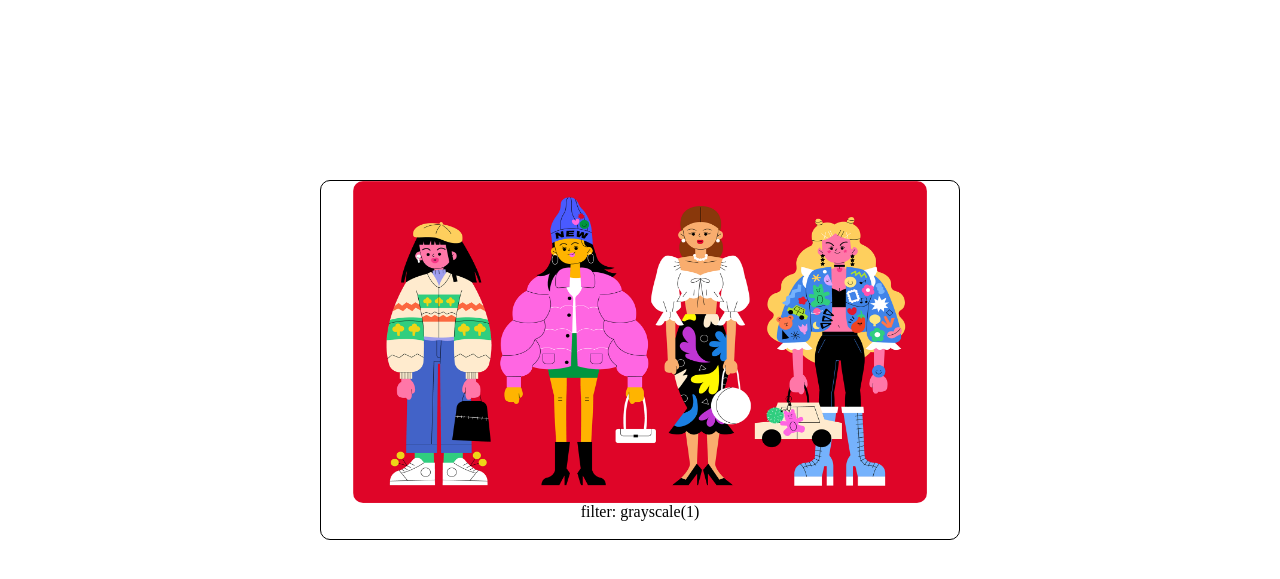
Repository: beva3/javaScrypt
Page: claire-dark/filter-grayscale.html
The author's editor kept a copy of each file at every save. The page is drawn from the files as they stood at one save, then again after the next save.
The browser window is 1280 px wide. The pictures show the whole page.
The pointer rests on the first visible `.img`.

Above is the page before, as saved 2024-05-10 13:13:56.

After the next save:
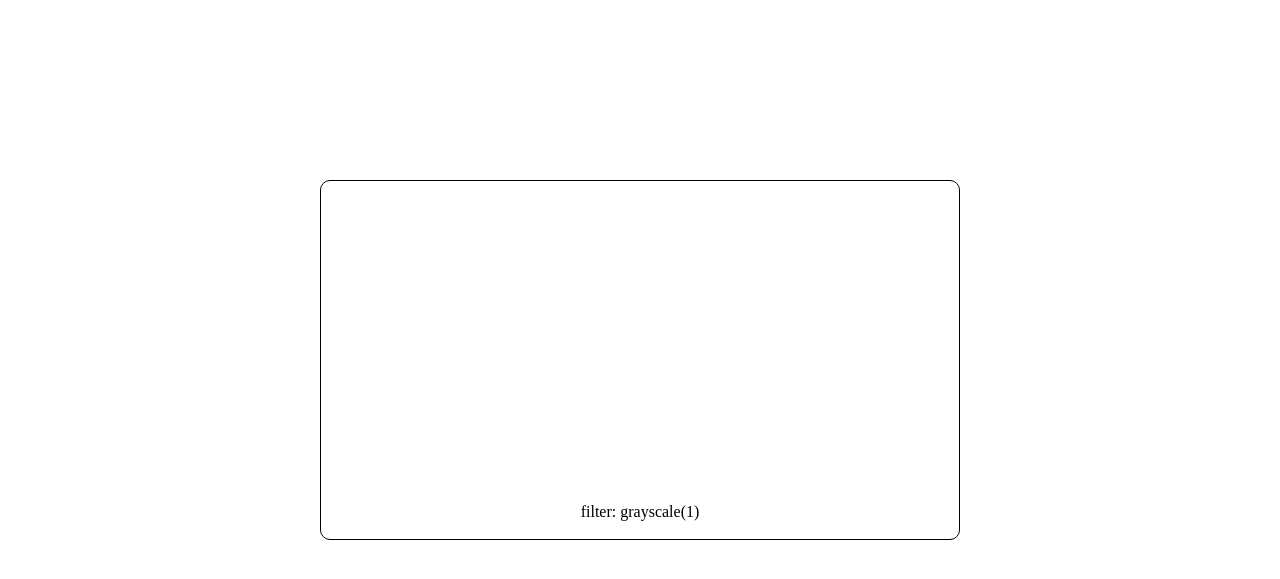
Saved 24 s later.
--- a/claire-dark/filter-grayscale.html
+++ b/claire-dark/filter-grayscale.html
@@ -37,6 +37,7 @@
             .img:hover{
                 img{
                     filter: grayscale(0);
+                    visibility: hidden;
                 }
             }
         }

After the 2 saves that followed:
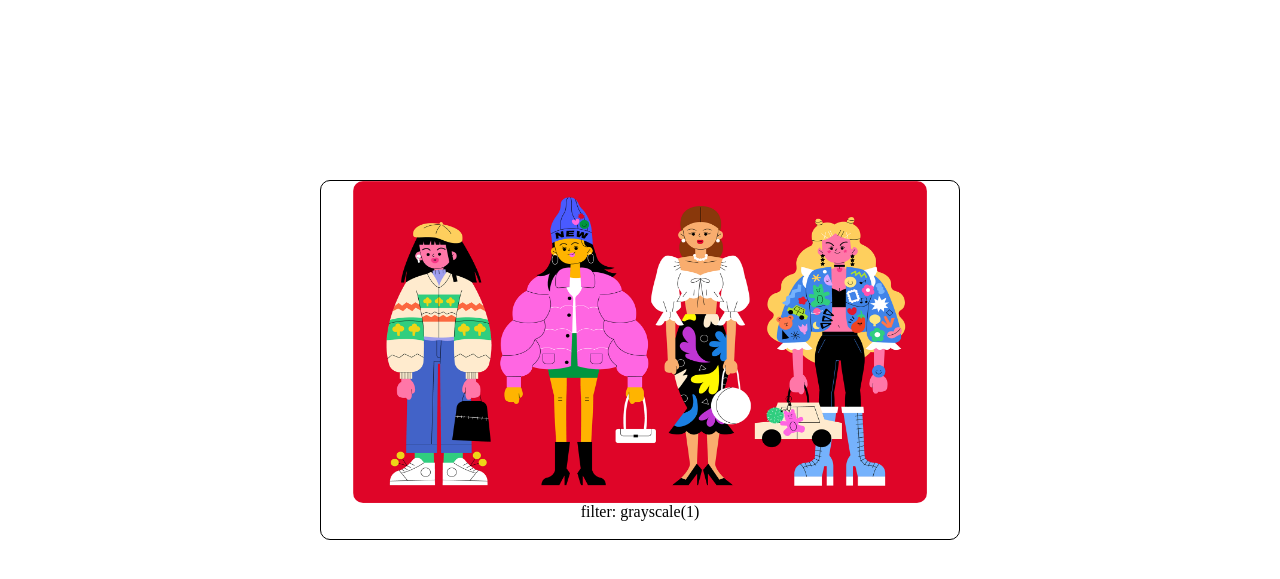
The 2 saves are shown as one change because they came seconds apart.
The last was saved 11 s later.
--- a/claire-dark/filter-grayscale.html
+++ b/claire-dark/filter-grayscale.html
@@ -37,7 +37,7 @@
             .img:hover{
                 img{
                     filter: grayscale(0);
-                    visibility: hidden;
+                    visibility:visible;
                 }
             }
         }
